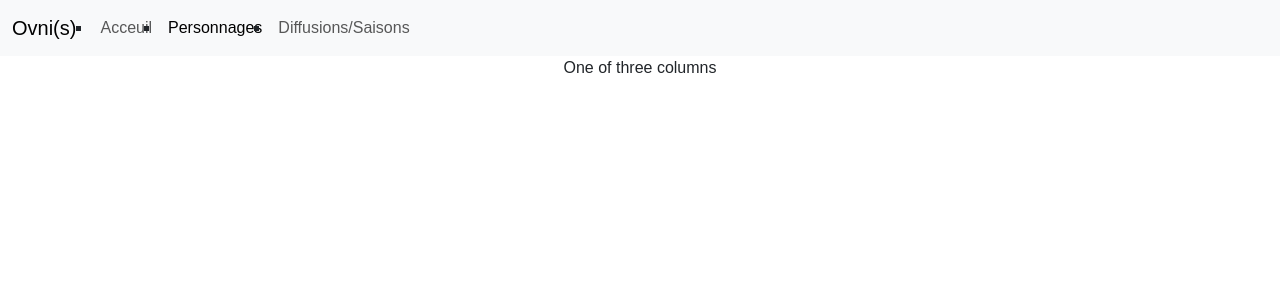
Repository: Timazoy/Site_ovni_tp
Page: perso.html
An editor plug-in stored every save of this project. The page is shown before and after the next save, followed by the edit.
The browser window is 1280 px wide. The pictures show the whole page.
Some web fonts or font styles are not loaded; a fallback is used.

Above is the page before, as saved 2025-12-16 13:52:00.

### perso.html
<!doctype html>
<html lang="fr">

<head>
    <meta charset="utf-8">
    <meta name="viewport" content="width=device-width, initial-scale=1">
    <title>Les Personnages</title>
    <link href="https://cdn.jsdelivr.net/npm/bootstrap@5.3.8/dist/css/bootstrap.min.css" rel="stylesheet"
        integrity="sha384-sRIl4kxILFvY47J16cr9ZwB07vP4J8+LH7qKQnuqkuIAvNWLzeN8tE5YBujZqJLB" crossorigin="anonymous">
    <link rel="preconnect" href="https://fonts.googleapis.com">
    <link rel="preconnect" href="https://fonts.gstatic.com" crossorigin>
    <link href="https://fonts.googleapis.com/css2?family=Oxanium:wght@200..800&display=swap" rel="stylesheet">
    <link rel="stylesheet" href="styles.css">
</head>

<body>


    <nav class="navbar navbar-expand-lg bg-body-tertiary">
        <div class="container-fluid">
            <a class="navbar-brand" href="./index.html">Ovni(s)</a>
            <button class="navbar-toggler" type="button" data-bs-toggle="collapse"
                data-bs-target="#navbarSupportedContent" aria-controls="navbarSupportedContent" aria-expanded="false"
                aria-label="Toggle navigation">
                <span class="navbar-toggler-icon"></span>
            </button>
            <div class="collapse navbar-collapse" id="navbarSupportedContent">
                <ul class="navbar-nav me-auto mb-2 mb-lg-0">
                    <li class="nav-item">
                        <a class="nav-link" aria-current="page" href="./index.html">Acceuil</a>
                    </li>
                    <li class="nav-item">
                        <a class="nav-link active" href="./perso.html">Personnages</a>
                    </li>
                    <li class="nav-item">
                        <a class="nav-link" href="./saisons.html">Diffusions/Saisons</a>
                    </li>
                </ul>
            </div>
        </div>
    </nav>




<div class="container text-center">
  <div class="row">
    <div class="col">
      <!--Fait pour mettre du contenue dans la colonne de milieu-->
    </div>
    <div class="col-15">
      One of three columns
    </div>
    <div class="col">
      <!--Fait pour mettre du contenue dans la colonne de milieu-->
    </div>
  </div>
</div>





    <script src="https://cdn.jsdelivr.net/npm/bootstrap@5.3.8/dist/js/bootstrap.bundle.min.js"
        integrity="sha384-FKyoEForCGlyvwx9Hj09JcYn3nv7wiPVlz7YYwJrWVcXK/BmnVDxM+D2scQbITxI"
        crossorigin="anonymous"></script>
</body>

</html>

### styles.css
/*<weight>: Use a value from 200 to 800
<uniquifier>: Use a unique and descriptive class name*/

body {
  font-family: "Oxanium", sans-serif;
  font-optical-sizing: auto;
  font-weight: 400;
  font-style: normal;
}

li {
  list-style:square ;
}

After the next save:
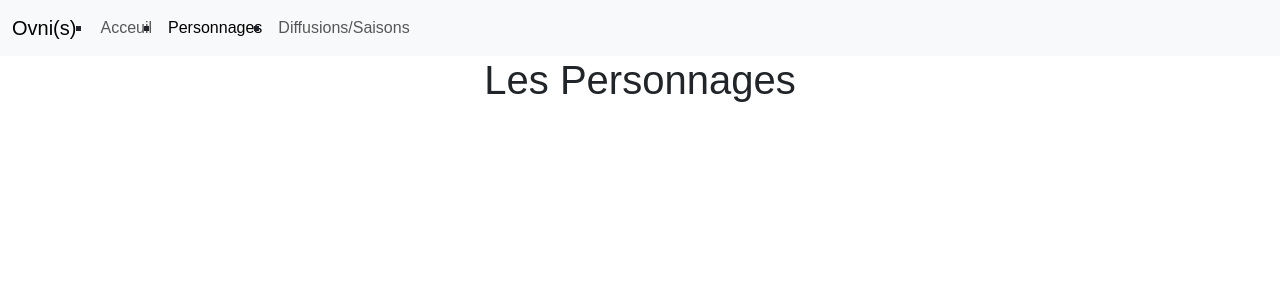
Saved 26 s later.
--- a/perso.html
+++ b/perso.html
@@ -49,7 +49,7 @@
       <!--Fait pour mettre du contenue dans la colonne de milieu-->
     </div>
     <div class="col-15">
-      One of three columns
+      <h1>Les Personnages</h1>
     </div>
     <div class="col">
       <!--Fait pour mettre du contenue dans la colonne de milieu-->
